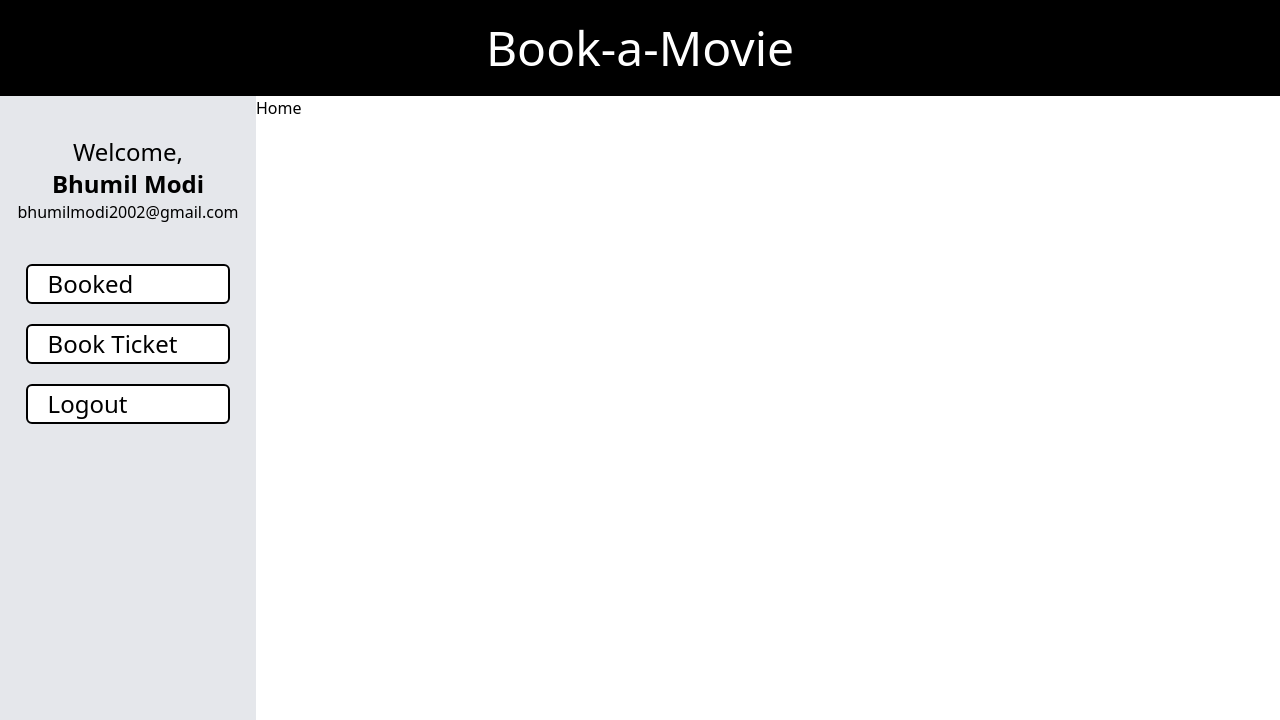
Repository: BhumilModi/movie-booking-app-assignment
Page: /Home
An editor plug-in stored every save of this project. The page is shown before and after the next save, followed by the edit.
The browser window is 1280 px wide. The pictures show the whole page.
The project was rebuilt for these pictures with package versions that can differ from the ones it lists, and the page was loaded fresh each time. Also part of the build but not shown: src/App.css, src/components/Login.jsx, src/components/SignUp.jsx.

Above is the page before, as saved 2022-11-29 19:22:14.

After the next save:
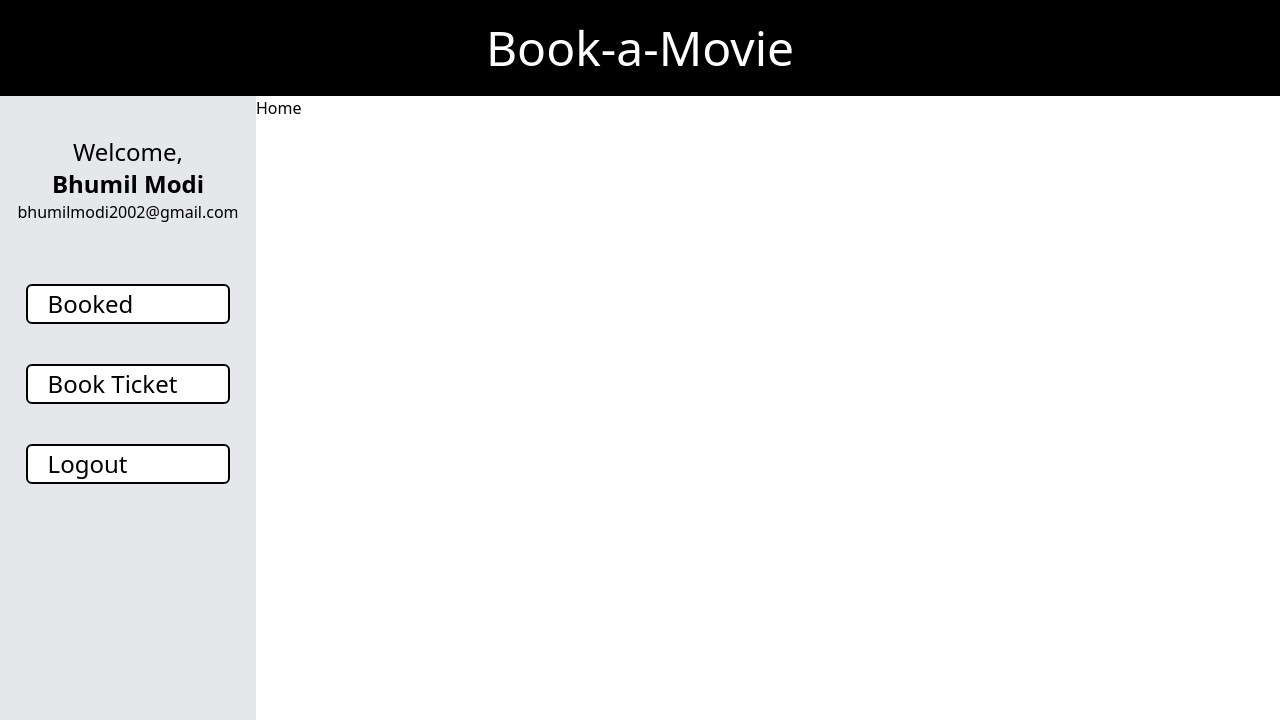
Saved 17 s later.
--- a/src/components/Sidebar.jsx
+++ b/src/components/Sidebar.jsx
@@ -2,7 +2,7 @@
 
 function Sidebar() {
   return (
-    <div className="w-1/5 h-full bg-gray-200 ">
+    <div className="w-1/5 h-full bg-gray-200 flex flex-col">
       <div className="flex flex-col justify-center items-center my-10 px-10 ">
         <div className="text-2xl">Welcome,</div>
         <div className="text-2xl font-semibold">Bhumil Modi</div>

After the 2 saves that followed:
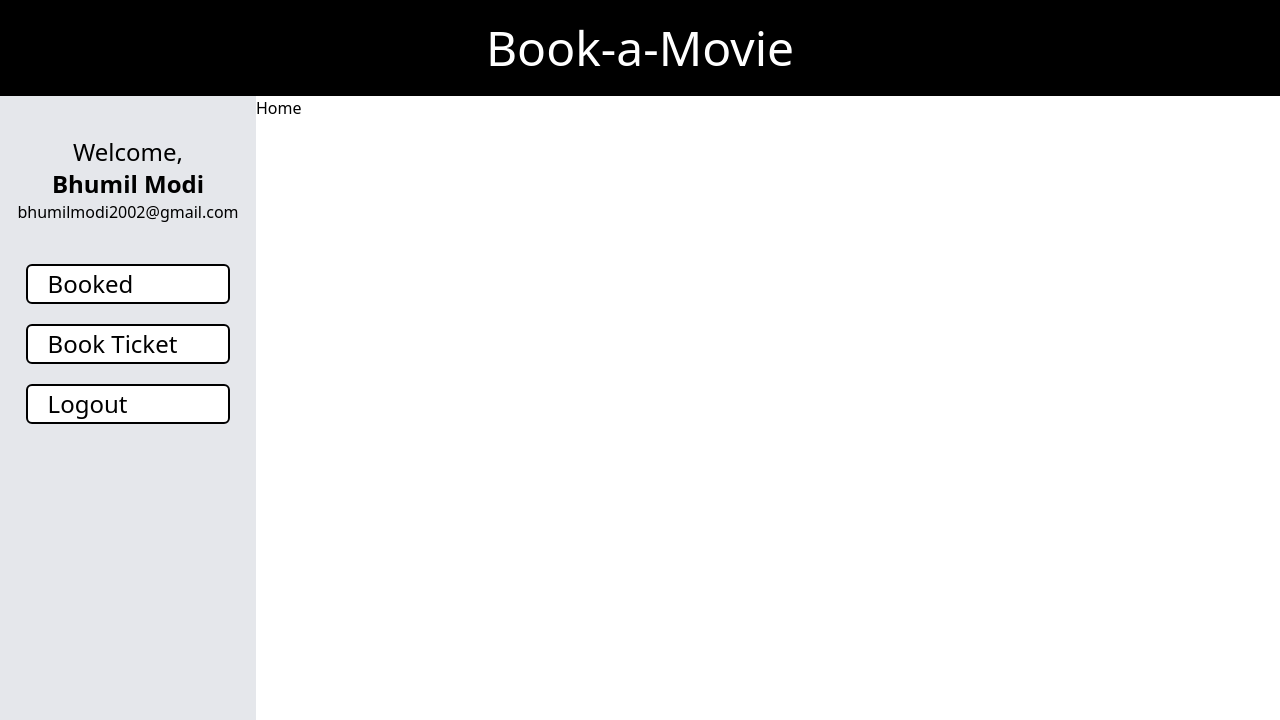
The 2 saves are shown as one change because 1 left the picture as it was.
The last was saved 55 s later.
--- a/src/components/Sidebar.jsx
+++ b/src/components/Sidebar.jsx
@@ -2,7 +2,7 @@
 
 function Sidebar() {
   return (
-    <div className="w-1/5 h-full bg-gray-200 flex flex-col">
+    <div className="w-1/5 h-full bg-gray-200">
       <div className="flex flex-col justify-center items-center my-10 px-10 ">
         <div className="text-2xl">Welcome,</div>
         <div className="text-2xl font-semibold">Bhumil Modi</div>
@@ -14,7 +14,7 @@
       <div className="bg-white w-[80%] mx-auto px-5 h-10 border-black border-2 rounded-md text-[24px] my-5">
         Book Ticket
       </div>
-      <div className="bg-white w-[80%] mx-auto px-5 h-10 border-black border-2 rounded-md text-[24px] flex-end my-5">
+      <div className="bg-white w-[80%] mx-auto px-5 h-10 border-black border-2 rounded-md text-[24px] my-5">
         Logout
       </div>
     </div>
